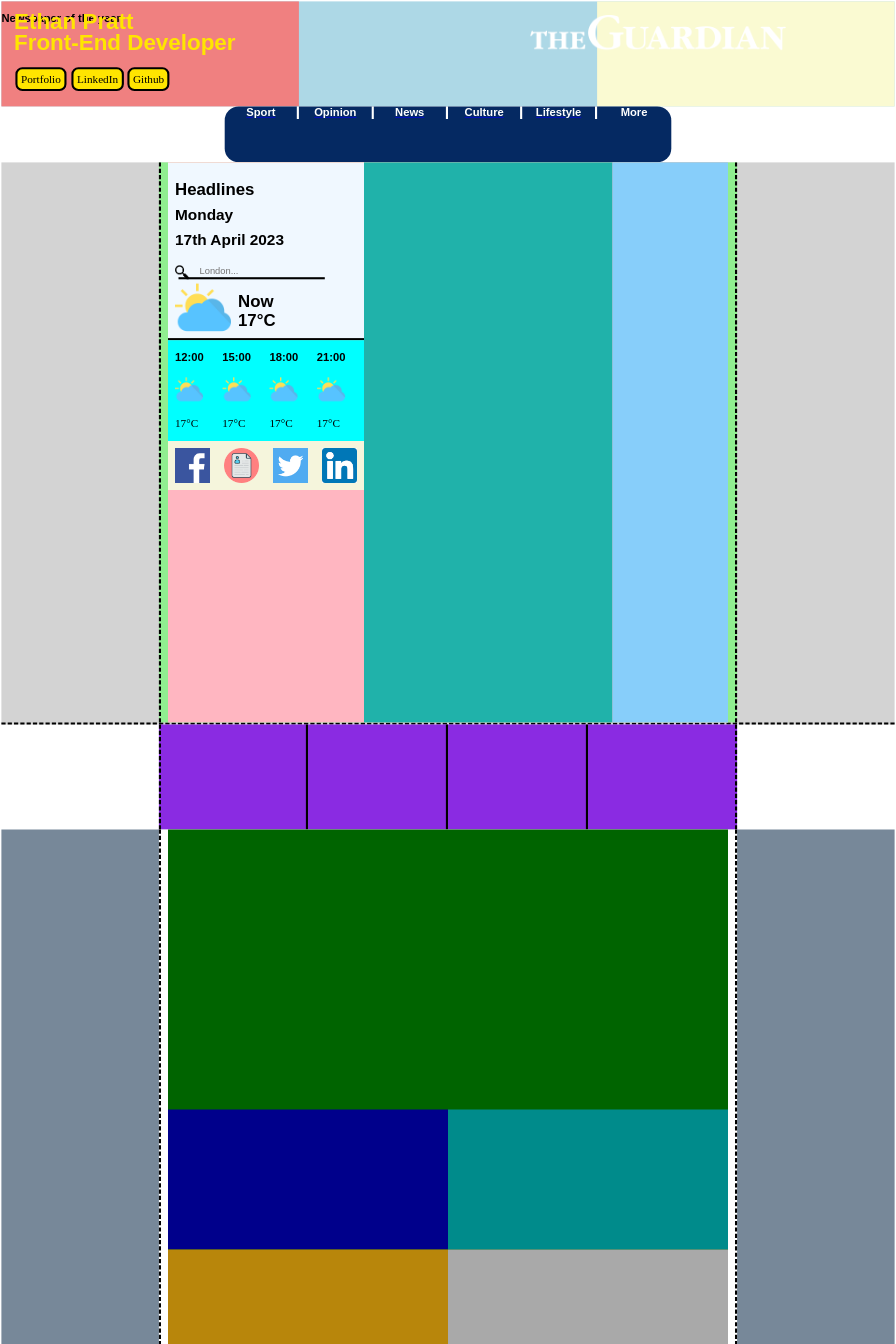
Repository: ghend99/News-Media
Page: index.html
An editor plug-in stored every save of this project. The page is shown before and after the next save, followed by the edit.
The browser window is 1280 px wide. The pictures show the part of the page from y = 0 to 1920 px (the page is 4065 px tall), at 70% of full size.
Some web fonts or font styles are not loaded; a fallback is used.

Above is the page before, as saved 2023-05-07 15:42:23.

After the next save:
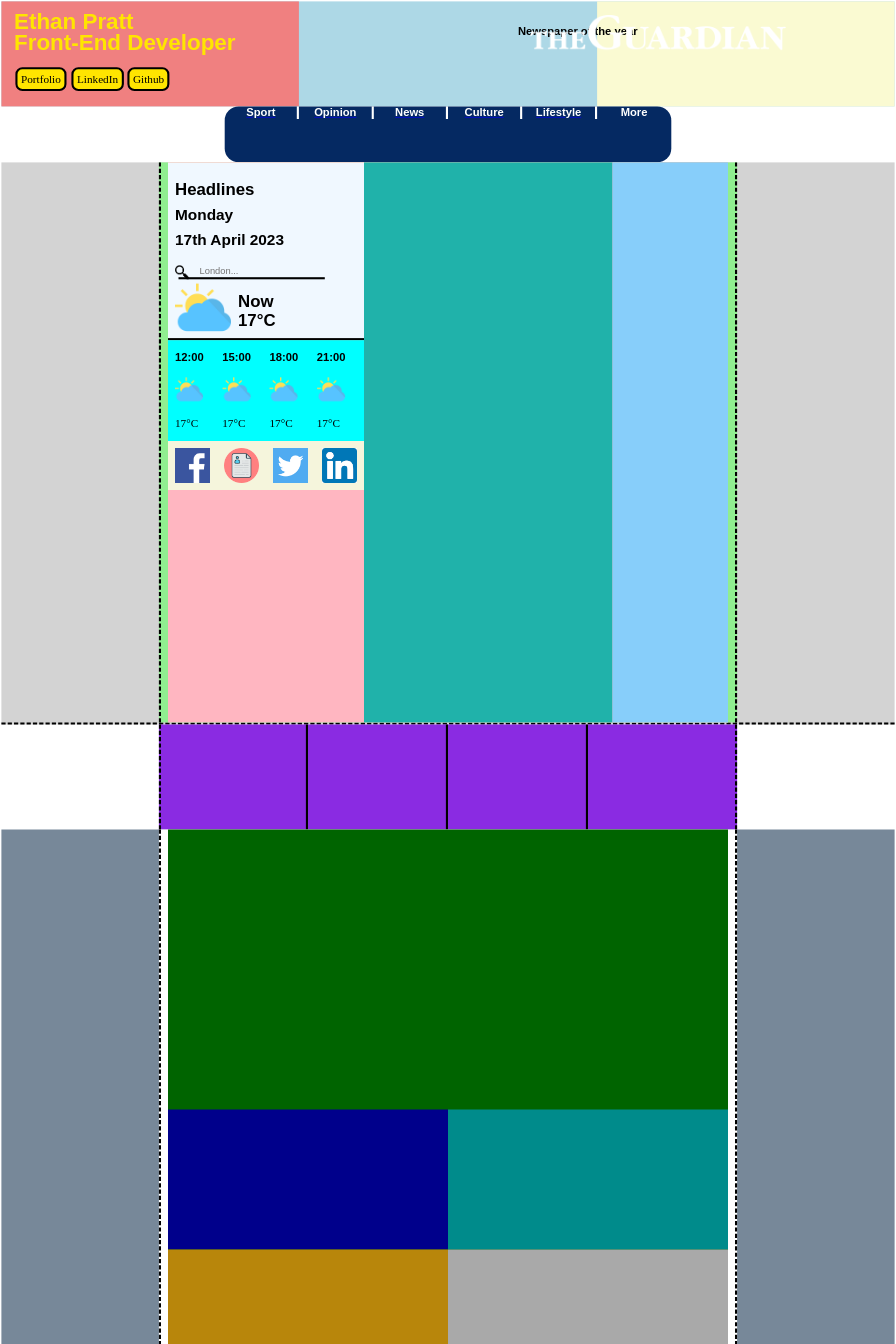
Saved 14 s later.
--- a/style.css
+++ b/style.css
@@ -69,6 +69,14 @@
 }
 
 .header-logo {
+  position: absolute;
+  width: 400px;
+  margin-left: 50px;
+  right: 140px;
+  top: 20px;
+}
+
+.header-slogan {
   position: absolute;
   width: 400px;
   margin-left: 50px;
